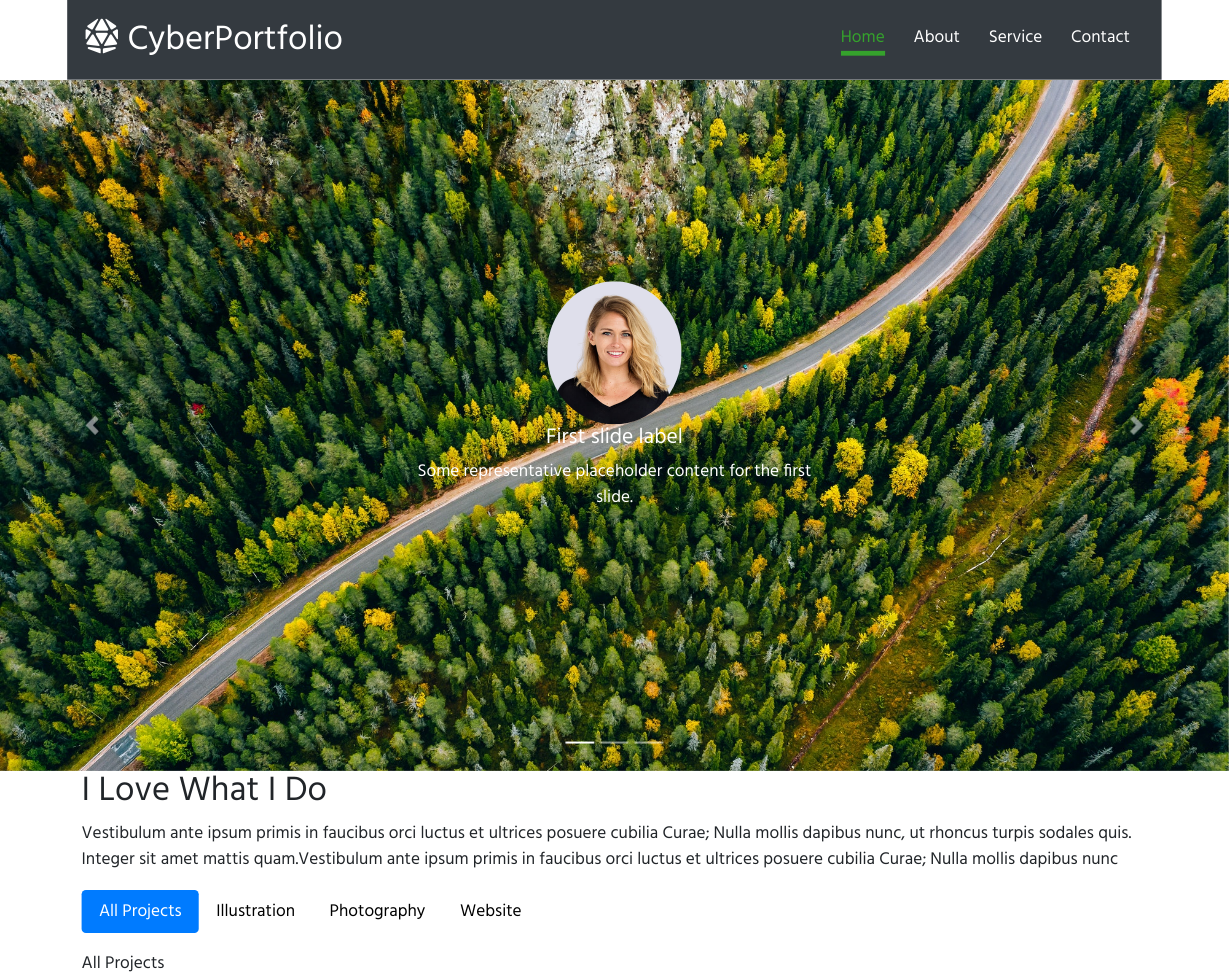
Repository: thanhfrankie/portfolio
Page: index.html
These files come from the project's save history. The page is drawn as it stood at one moment and after the next save; the edit follows.
The browser window is 1280 px wide. The pictures show the whole page, at 96% of full size.

Above is the page before, as saved 2023-11-30 09:10:09.

### index.html
<!DOCTYPE html>
<html lang="en">
  <head>
    <meta charset="UTF-8" />
    <meta name="viewport" content="width=device-width, initial-scale=1.0" />
    <title>Portfolio</title>
    <!-- Font Hind-->
    <link rel="preconnect" href="https://fonts.googleapis.com" />
    <link rel="preconnect" href="https://fonts.gstatic.com" crossorigin />
    <link
      href="https://fonts.googleapis.com/css2?family=Hind:wght@300;400;700&display=swap"
      rel="stylesheet"
    />
    <!-- Font AWESOME -->
    <link rel="stylesheet" href="https://cdnjs.cloudflare.com/ajax/libs/font-awesome/6.4.2/css/all.min.css" integrity="sha512-z3gLpd7yknf1YoNbCzqRKc4qyor8gaKU1qmn+CShxbuBusANI9QpRohGBreCFkKxLhei6S9CQXFEbbKuqLg0DA==" crossorigin="anonymous" referrerpolicy="no-referrer" />
    <!-- BS4 CSS -->
    <link rel="stylesheet" href="https://cdn.jsdelivr.net/npm/bootstrap@4.6.2/dist/css/bootstrap.min.css" integrity="sha384-xOolHFLEh07PJGoPkLv1IbcEPTNtaed2xpHsD9ESMhqIYd0nLMwNLD69Npy4HI+N" crossorigin="anonymous">

    <!-- Main CSS -->
    <link rel="stylesheet" href="./css/style.css" />
  </head>
  <body>
<header>
    <nav class="container navbar navbar-expand-lg navbar-dark bg-dark">
        <a class="navbar-brand" href="#">
            <i class="fa-solid fa-dice-d20"></i>
           <span>
            CyberPortfolio
           </span>
        </a>
        <!-- hỗ trợ menu màn hình mobile -->
        <button class="navbar-toggler" type="button" data-toggle="collapse" data-target="#portfolioNav" aria-controls="navbarSupportedContent" aria-expanded="false" aria-label="Toggle navigation">
          <span class="navbar-toggler-icon"></span>
        </button>

        <div class="collapse navbar-collapse" id="portfolioNav">
          <ul class="navbar-nav ml-auto">
            <li class="nav-item active">
              <a class="nav-link" href="#">Home</a>
            </li>
            <li class="nav-item">
              <a class="nav-link" href="#">About</a>
            </li>
            <li class="nav-item">
              <a class="nav-link" href="#">Service</a>
            </li>
            <li class="nav-item">
              <a class="nav-link" href="#">Contact</a>
            </li>
          </ul>
        </div>
      </nav>
</header>
<section class="carouselPort">
    <!-- data-ride="carousel -->
    <!-- .carousel-fade: hiệu ứng fade -->
    <div id="carouselPortMain" class="carousel slide .carousel-fade">
        <ol class="carousel-indicators">
          <li data-target="#carouselPortMain" data-slide-to="0" class="active"></li>
          <li data-target="#carouselPortMain" data-slide-to="1"></li>
          <li data-target="#carouselPortMain" data-slide-to="2"></li>
        </ol>
        <div class="carousel-inner">
          <div class="carousel-item active">
            <img src="./img/finland.jpg" class="d-block w-100" alt="...">
            <div class="carousel-caption d-none d-md-block">
                <img src="./img/01-3.jpg" alt="">
              <h5>First slide label</h5>
              <p>Some representative placeholder content for the first slide.</p>
            </div>
          </div>
          <div class="carousel-item">
            <img src="./img/mountains.jpg" class="d-block w-100" alt="...">
            <div class="carousel-caption d-none d-md-block">
                <img src="./img/02-3.jpg" alt="">
              <h5>Second slide label</h5>
              <p>Some representative placeholder content for the second slide.</p>
            </div>
          </div>
          <div class="carousel-item">
            <img src="./img/mountains-1.jpg" class="d-block w-100" alt="...">
            <div class="carousel-caption d-none d-md-block">
                <img src="./img/03-3.jpg" alt="">
              <h5>Third slide label</h5>
              <p>Some representative placeholder content for the third slide.</p>
            </div>
          </div>
        </div>
        <button class="carousel-control-prev" type="button" data-target="#carouselPortMain" data-slide="prev">
          <span class="carousel-control-prev-icon" aria-hidden="true"></span>
          <span class="sr-only">Previous</span>
        </button>
        <button class="carousel-control-next" type="button" data-target="#carouselPortMain" data-slide="next">
          <span class="carousel-control-next-icon" aria-hidden="true"></span>
          <span class="sr-only">Next</span>
        </button>
      </div>
</section>



<section class="project">
      <div class="container">
        <div class="projects__title">
          <h2>I Love What I Do</h2>
          <p>Vestibulum ante ipsum primis in faucibus orci luctus et ultrices posuere cubilia Curae; Nulla mollis dapibus nunc, ut rhoncus turpis sodales quis. Integer sit amet mattis quam.Vestibulum ante ipsum primis in faucibus orci luctus et ultrices posuere cubilia Curae; Nulla mollis dapibus nunc</p>
        </div>
        <div class="projects__content">
          <ul class="nav nav-pills mb-3" id="pills-tab" role="tablist">
            <li class="nav-item" role="presentation">
              <button class="nav-link active" id="pills-home-tab" data-toggle="pill" data-target="#all" type="button" role="tab" aria-controls="pills-home" aria-selected="true">All Projects</button>
            </li>
            <li class="nav-item" role="presentation">
              <button class="nav-link" id="pills-profile-tab" data-toggle="pill" data-target="#ilu" type="button" role="tab" aria-controls="pills-profile" aria-selected="false">Illustration</button>
            </li>
            <li class="nav-item" role="presentation">
              <button class="nav-link" id="pills-contact-tab" data-toggle="pill" data-target="#photo" type="button" role="tab" aria-controls="pills-contact" aria-selected="false">Photography</button>
            </li>
            <li class="nav-item" role="presentation">
              <button class="nav-link" id="pills-contact-tab" data-toggle="pill" data-target="#web" type="button" role="tab" aria-controls="pills-contact" aria-selected="false">Website</button>
            </li>
          </ul>
          <div class="tab-content" id="pills-tabContent">
            <div class="tab-pane fade show active" id="all" role="tabpanel" aria-labelledby="pills-home-tab">
              All Projects
            </div>
            <div class="tab-pane fade" id="ilu" role="tabpanel" aria-labelledby="pills-profile-tab">Illustration</div>
            <div class="tab-pane fade" id="photo" role="tabpanel" aria-labelledby="pills-contact-tab">Photography</div>
            <div class="tab-pane fade" id="web" role="tabpanel" aria-labelledby="pills-contact-tab">Website</div>
          </div>
          </div>

        </div>
      </div>
</section>
<section class="services"></section>
<section class="awards"></section>
<footer></footer>


<!-- JQUERY hỗ trợ -->
    <script src="https://cdn.jsdelivr.net/npm/jquery@3.5.1/dist/jquery.slim.min.js" integrity="sha384-DfXdz2htPH0lsSSs5nCTpuj/zy4C+OGpamoFVy38MVBnE+IbbVYUew+OrCXaRkfj" crossorigin="anonymous"></script>
    <!-- BS4 JS -->
<script src="https://cdn.jsdelivr.net/npm/bootstrap@4.6.2/dist/js/bootstrap.bundle.min.js" integrity="sha384-Fy6S3B9q64WdZWQUiU+q4/2Lc9npb8tCaSX9FK7E8HnRr0Jz8D6OP9dO5Vg3Q9ct" crossorigin="anonymous"></script>

  </body>
</html>

### css/style.css
/* Global */
*{
    margin: 0;
    padding: 0;
    box-sizing: border-box;
}
html, body {
    font-family: 'Hind', sans-serif;
    /*? rem: dựa vào font-size của thẻ html => hỗ trợ cho bảo trì trang web
    font-size, spacing(padding, margin)
    nếu ko khai báo thì font-size mặc định 1rem = 16px
    1rem = 18px
    */
    font-size: 18px;
}
/* Header */
header .navbar-brand {
    /* 1rem = 18px => 2rem = 36px*/
    font-size: 2rem;
}
#portfolioNav .nav-link {
    font-size: 1rem;
    padding: 0 0.833rem;
    /*! trước hover */
    color: white;
    transition: all .5s;
}
#portfolioNav .nav-link::after {
    content: "";
    display: block;
    /* trước hover */
    width: 0;
    height: 5px;

    background: #35a22c;
    transition: all .5s;
}
/*! sau hover */
#portfolioNav .nav-item:hover .nav-link::after {
    width: 100%;
}
#portfolioNav .nav-item:hover .nav-link {
    color: #35a22c;

}
/* Thẻ li có class active thì after của nó luôn xuất hiện */
/* #portfolioNav  li.active .nav-link::after{
    width: 100%;
} */
#portfolioNav  .active .nav-link::after{
    width: 100%;
}
#portfolioNav  .active .nav-link {
    color: #35a22c;

}
/* Carousel */
/* Gọi các thẻ img là con trực tiếp (cấp 1) của carousel-item */
#carouselPortMain .carousel-item >img {
    /* thường dùng ở Main carousel */
    height: 100vh;
    object-fit: cover;
}
#carouselPortMain .carousel-caption img {
    /* hình có dạng hình vuông thì chỉ cần xét width */
    width: 140px;
    border-radius: 50%;
}
/* chỉnh đường gạch indicators thì chuyển chữ nhật => hình vuông => tròn */

/*! căn giữa với position absolute cho mọi màn hình */
#carouselPortMain .carousel-caption {
    top: 50%;
    left: 50%;
    transform: translate(-50%, -50%);
}

After the next save:
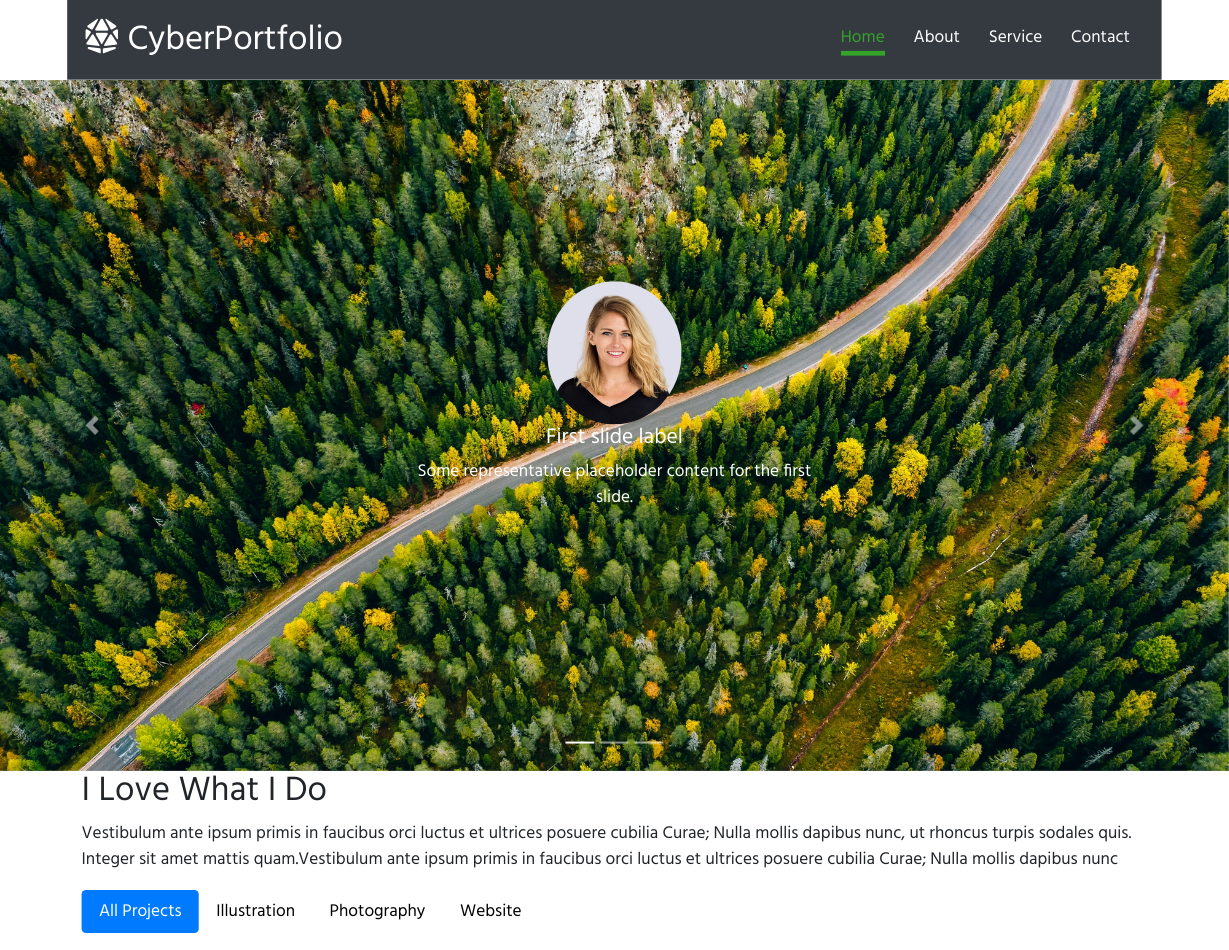
Saved 14 min 54 s later.
--- a/index.html
+++ b/index.html
@@ -122,7 +122,7 @@
           </ul>
           <div class="tab-content" id="pills-tabContent">
             <div class="tab-pane fade show active" id="all" role="tabpanel" aria-labelledby="pills-home-tab">
-              All Projects
+             <!-- grid system -->
             </div>
             <div class="tab-pane fade" id="ilu" role="tabpanel" aria-labelledby="pills-profile-tab">Illustration</div>
             <div class="tab-pane fade" id="photo" role="tabpanel" aria-labelledby="pills-contact-tab">Photography</div>
